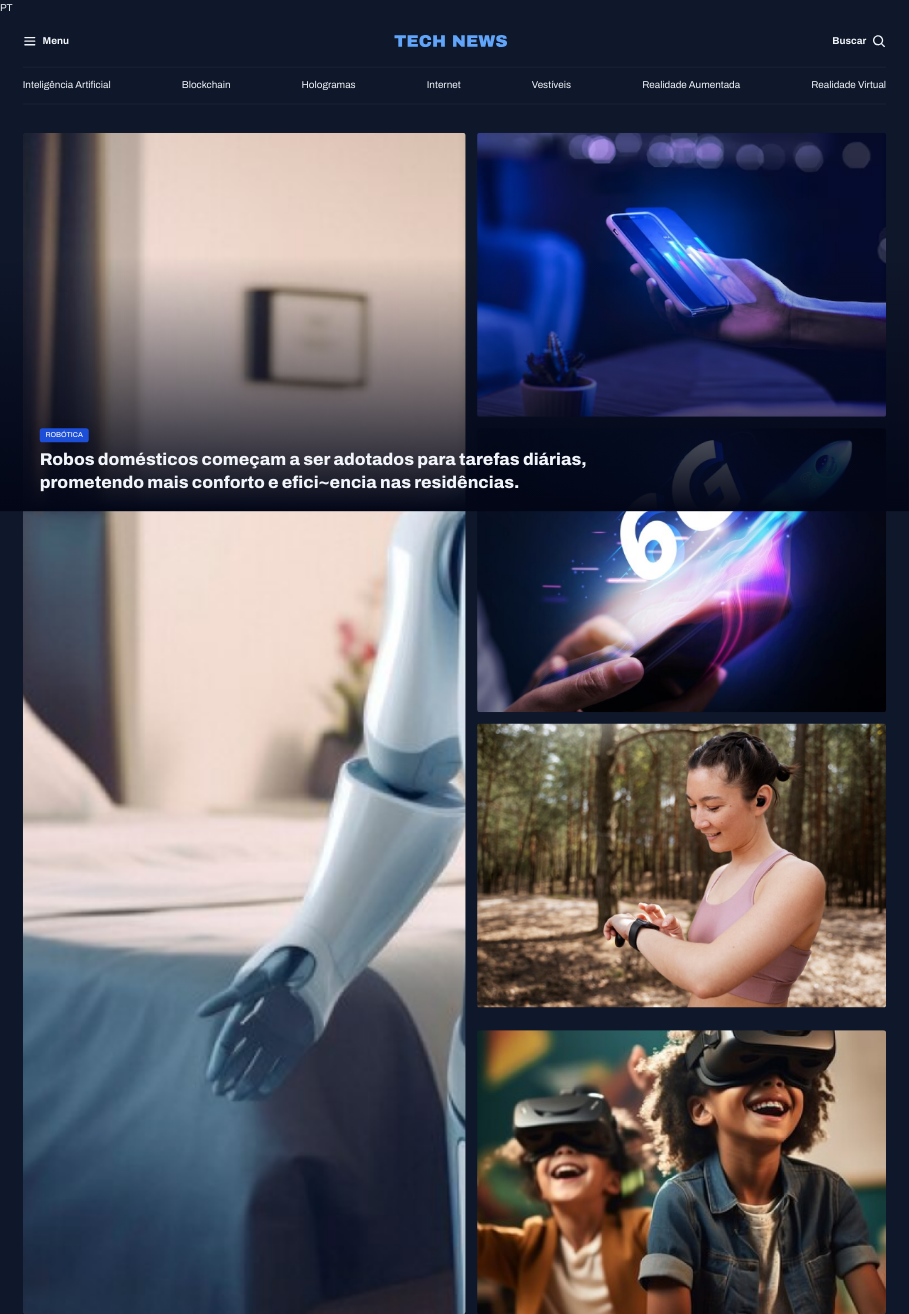
Repository: JeffRodFer/portalDeNoticias
Page: index.html
These files come from the project's save history. The page is drawn as it stood at one moment and after the next save; the edit follows.
The browser window is 1280 px wide. The pictures show the whole page, at 71% of full size.

Above is the page before, as saved 2025-04-15 21:47:05.

### index.html
PT<!DOCTYPE html>
<html lang="pt-BR">
  <head>
    <link rel="preconnect" href="https://fonts.googleapis.com">
  <link rel="preconnect" href="https://fonts.gstatic.com" crossorigin>
  <meta charset="UTF-8">
  <meta name="viewport" content="width=device-width, initial-scale=1.0">
  <title>Portal de Notícias</title>
  <link rel="stylesheet" href="styles/index.css">

  <link href="https://fonts.googleapis.com/css2?family=Archivo:ital,wght@0,100..900;1,100..900&family=Bree+Serif&family=Poppins:wght@400;700&display=swap" rel="stylesheet">

</head>
<body>
  <header class="container">
    <nav id="primary" class="grid grid-flow-col">
      <div>
        <img src="assets/icons/List.svg" alt="ícone de menu">
        <strong>Menu</strong>
      </div>
        <div>
          <img src="assets/Logo (1).svg" alt="TechNews logo">
        </div>
        <div>
          <strong>Buscar</strong>
          <img src="assets/icons/MagnifyingGlass.svg" alt="ícone de lupa para pesquisa">
        </div>
    </nav>
    <nav id="secondary" class="grid grid-flow-col">
      <a href="#">Inteligência Artificial</a>
      <a href="#">Blockchain</a>
      <a href="#">Hologramas</a>
      <a href="#">Internet</a>
      <a href="#">Vestíveis</a>
      <a href="#">Realidade Aumentada</a>
      <a href="#">Realidade Virtual</a>
    </nav>
  </header>
  <main class="grid container">
    <section id="featured" class="grid grid-flow-col gap-16">
      <figure class="card">
        <img src="assets/images/Image 01.png" alt="">

        <figcaption>
          <span class="content-tag">robótica</span>
          <h2 class="text-2xl">
            Robos domésticos começam a ser adotados para tarefas diárias, <br> prometendo mais conforto e efici~encia nas residências.
          </h2>
        </figcaption>
      </figure>
      <div class="grid grid cols-2 gap-16">
        <figure>
          <img src="assets/images/Image 02.png" alt="">
        </figure>
        <figure>
          <img src="assets/images/Image 03.png" alt="">
      </figure>
        <figure>
          <img src="assets/images/Image 04.png" alt="">
        </figure>
        <figure></figure>
          <img src="assets/images/Image 05.png" alt="">
        </div>
      </div>
    </section>
  </main>
</body>
</html>

### styles/global.css
* {
  margin: 0;
  padding: 0;
  box-sizing: border-box;
}

:root {
  --brand-color-light: #60a5fa ;
  --brand-color-dark: #1d4ed8;
  --bg-color: #0f172a;
  --stroke-color: #1e293b;
  --text-color-primary: #f1f5f9;
  --text-color-secondary: #cbd5e1;

  --font-family: 'Archivo', sans-serif;
  --h1: 800 24px/135% var(--font-family);
  --h2: 800 16px/140% var(--font-family);
  --h3: 800 14px/140% var(--font-family);
  --text-span: 400 16px/140% var(--font-family);
  --text: 400 14px/160% var(--font-family);

}

body {
  font: var(--text);
  color: var(--text-color-primary);
  background-color: var(--bg-color);
}

a {
  text-decoration: none;
  color: inherit;
}

a:hover {
  color: var(--brand-color-light);
}

h1,h2,h3 {
  font:inherit;
}

img {
  max-width: 100%;
}

.container {
  max-width: 1280px;
  padding-inline: 32px;
  margin-inline: auto;
}
main {
  margin-top: 40px ;
}
.content-tag {
  display: inline-block;
  background-color: var(--brand-color-dark);
  padding: 4px 8px;
  border-radius: 4px;
  font: 500 10px/1.2 var(--font-family);
  text-transform: uppercase;
  color: var(--text-color-primary);
  box-shadow: 0px 4px 16px rgba(2, 3, 23, 0.251);
}

### styles/utility.css
/* utility-first */
.grid {
  display: grid;
}
.grid-flow-col {
  grid-auto-flow: column;
}

.grid-cols-2 {
  grid-template-columns: 1fr 1fr;
}

.gap-16 {
  gap: 16px;
}

.text-2xl {
  font: var(--h1);
}
.text-2x {
  font: var(--h2);
}
.text-lg {
  font: var(--h3);
}
.text-sm {
  font: var(--text-sm);
}

### styles/header.css
#primary {
  padding-block: 20px;

  div {
    display: flex;
    align-items: center;
    gap: 8px;
  }

  /* nesting css */
  div:nth-child(2) {
    margin-inline: auto;
}
div:nth-child(3) {
  justify-self: end;
}
}
#secondary {
  padding-block: 14px;
  border: solid 1px var(--stroke-color);
  border-inline: none;
  justify-content: space-between;
}

### styles/sections.css
#featured {
  img {
    height: 100%;
    object-fit: cover;
    border-radius: 4px;
  }
.card {
  border-radius: 4px;
  overflow: hidden;
  object-fit: relative;

  &::before {
   content: "";
   position: absolute;
   inset: 0;
   top: 50%;
   background: linear-gradient(
    180deg,
    transparent 0%,
    #020617 100%
   );
  }
  figcaption {
    position: absolute;
    bottom: 0;

    padding: 24px;

    h2 {
      margin-top: 8px;
    }
  }
}
}

Loaded but not shown: styles/index.css (common file)

After the next save:
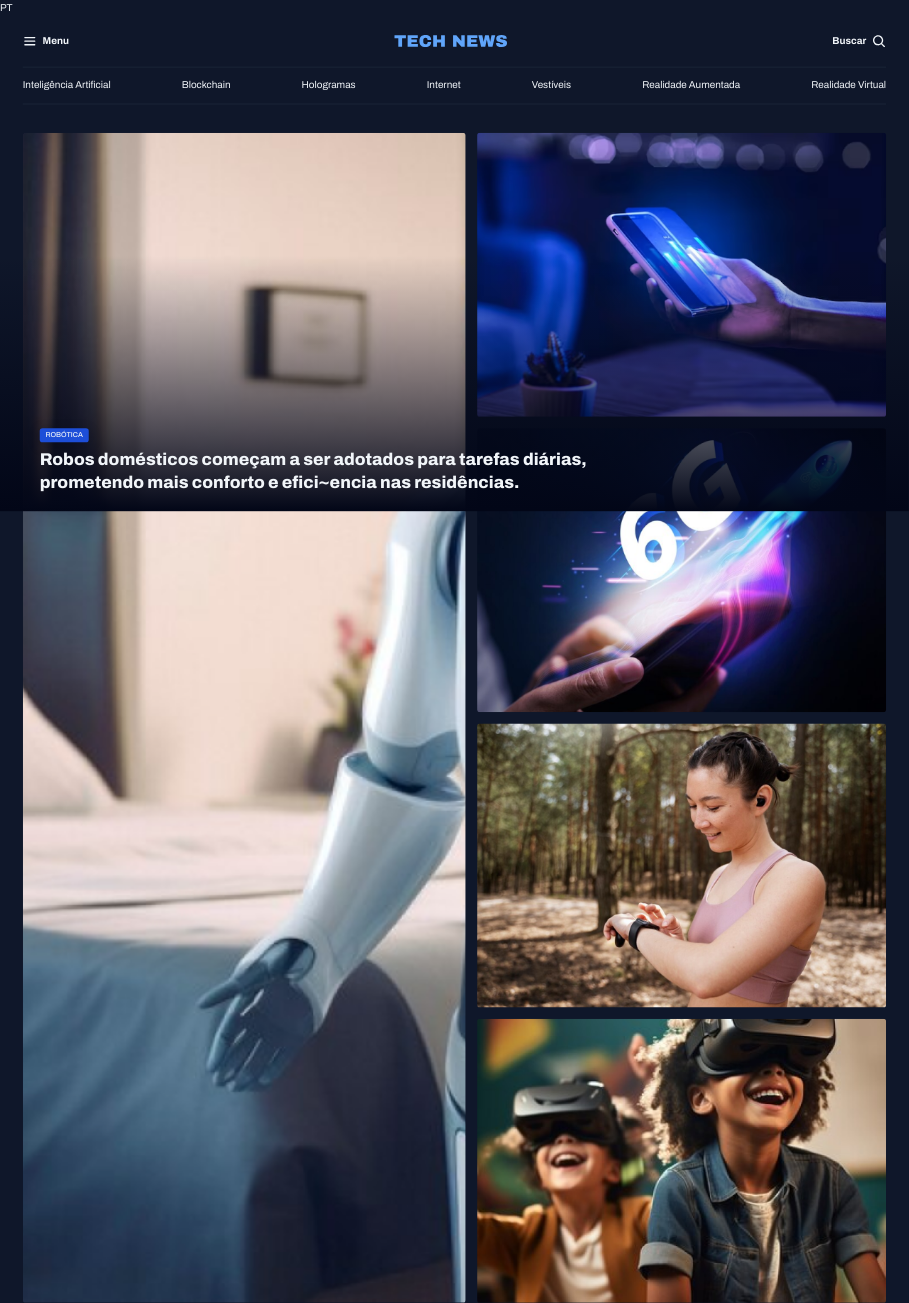
Saved 5 s later.
--- a/index.html
+++ b/index.html
@@ -58,7 +58,7 @@ PT<!DOCTYPE html>
         <figure>
           <img src="assets/images/Image 04.png" alt="">
         </figure>
-        <figure></figure>
+        <figure>
           <img src="assets/images/Image 05.png" alt="">
         </div>
       </div>
